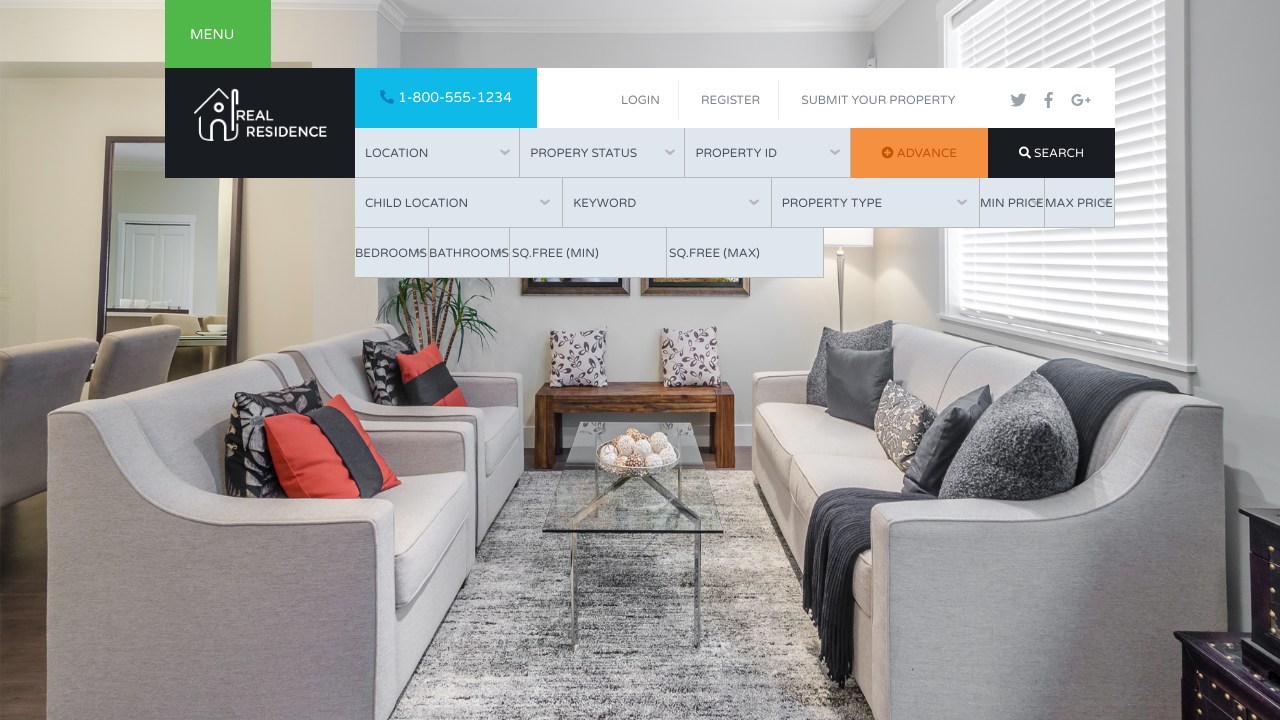
Repository: shuffleaz/psd-htmlcss
Page: index.html
These files come from the project's save history. The page is drawn as it stood at one moment and after the next save; the edit follows.
The browser window is 1280 px wide. The pictures show the whole page.

Above is the page before, as saved 2019-02-27 11:06:59.

### index.html
<!DOCTYPE html>
<html lang="en">
<head>
    <meta charset="UTF-8">
    <meta name="viewport" content="width=device-width, initial-scale=1.0">
    <meta http-equiv="X-UA-Compatible" content="ie=edge">
    <title>Real Residence</title>
    <link rel="stylesheet" href="assets/css/default.css">
</head>
<body>

<header class="homepage">
    <div class="container">
        <div class="row">
            <div class="homepage-menu">
                <div class="homepage-menu-menubutton">
                    <a href="">MENU</a>
                </div>
                <div class="homepage-menu-hover">
                    <ul class="homepage-menu-hover-list">
                        <li><a href="#">HOME</a></li>
                        <li><a href="#">LISTING</a></li>
                        <li><a href="#">PROPERTY</a></li>
                        <li><a href="#">NEWS</a></li>
                        <li><a href="#">GALLERY</a></li>
                        <li><a href="#">PAGES</a></li>
                        <li><a href="#">TYPES</a></li>
                        <li><a href="#">CONTACT US</a></li>
                        <li class="close-button">
                            <a href="#">
                                <i class="fas fa-times-circle"></i>
                            </a>
                        </li>
                    </ul>
                </div>
            </div>
            <div class="homepage-details">
                <div class="homepage-details-logo">
                    <div class="homepage-details-logo-area">
                        <img src="assets/img/logo.png" alt="Real Residence Logo">
                    </div>
                </div>
                <div class="homepage-details-searchbar">
                    <div class="homepage-details-searchbar-up">
                        <div class="homepage-details-searchbar-up-contact">
                            <div class="contact-area">
                                <i class="fa fa-phone""></i> 1-800-555-1234
                            </div>
                        </div>
                        <div class="homepage-details-searchbar-menu">
                            <ul class="searchbar-list">
                                <li><a href="">LOGIN</a></li>
                                <li><a href="">REGISTER</a></li>
                                <li><a href="">SUBMIT YOUR PROPERTY</a></li>
                            </ul>
                            <ul class="searchbar-social-links">
                                <li><a href=""><i class="fab fa-twitter"></i></a></li>
                                <li><a href=""><i class="fab fa-facebook-f"></i></a></li>
                                <li><a href=""><i class="fab fa-google-plus-g"></i></a></li>
                            </ul>
                        </div>
                    </div>
                    <div class="homepage-details-searchbar-down">
                        <div class="searchbar-down-select-form">
                            <select name="">
                                <option value="">Location</option>
                            </select>
                        </div>
                        <div class="searchbar-down-select-form">
                            <select name="">
                                <option value="">Propery Status</option>
                            </select>
                        </div>
                        <div class="searchbar-down-select-form">
                            <select name="">
                                <option value="">Property Id</option>
                            </select>
                        </div>
                        <div class="searchbar-down-button">
                            <div class="searchbar-down-button-first">
                                <a href="">
                                    <i class="fas fa-plus-circle"></i> ADVANCE
                                </a>
                            </div>
                            <div class="searchbar-down-button-second">
                                <a href="">
                                    <i class="fas fa-search"></i> SEARCH
                                </a>
                            </div>
                        </div>
                    </div>
                </div>
            </div>
            <div class="homepage-details-searchbar-footer">
                <div class="homepage-details-searchbar-flex-first"></div>
                <div class="homepage-details-searchbar-flex-second">
                    <div class="homepage-details-searchbar-footer-up">
                        <div class="searchbar-footer-select-form">
                            <select name="">
                                <option value="">Child Location</option>
                            </select>
                        </div>
                        <div class="searchbar-footer-select-form">
                            <select name="">
                                <option value="">Keyword</option>
                            </select>
                        </div>
                        <div class="searchbar-footer-select-form">
                            <select name="">
                                <option value="">Property Type</option>
                            </select>
                        </div>
                        <div class="searchbar-footer-select-form-divide">
                            <div class="searchbar-footer-select-form-divide-first">
                                <select name="">
                                    <option value="">Min Price</option>
                                </select>
                            </div>
                            <div class="searchbar-footer-select-form-divide-second">
                                <select name="">
                                    <option value="">Max Price</option>
                                </select>
                            </div>
                        </div>
                    </div>
                    <div class="homepage-details-searchbar-footer-down">
                        <div class="searchbar-footer-down-select-form">
                            <select name="">
                                <option value="">Bedrooms</option>
                            </select>
                        </div>
                        <div class="searchbar-footer-down-select-form">
                            <select name="">
                                <option value="">Bathrooms</option>
                            </select>
                        </div>
                        <div class="searchbar-footer-down-select-form no-arrow">
                            <input type="text" name="" placeholder="SQ.FREE (MIN)">
                        </div>
                        <div class="searchbar-footer-down-select-form no-arrow">
                            <input type="text" name="" placeholder="SQ.FREE (MAX)">
                        </div>
                    </div>
                </div>
            </div>
        </div>
    </div>
</header>


<div class="slider-image">
    <ul class="slider-image-items">
        <li>
            <img src="assets/img/slider_image.png" alt="">
        </li>
    </ul>
</div>


</body>
</html>

### assets/css/default.css
@import url('https://fonts.googleapis.com/css?family=Varela+Round');
@import url('https://use.fontawesome.com/releases/v5.7.1/css/all.css');
@import url('variable.css');
@import url('home.css');

### assets/css/variable.css
:root {
    --green:#50b848;
    --dark: #191c20;
    --blue: #0dbae8;
    --gray: #9aa2aa;
    --light: #e9edf1;
    --darkgray: #4a525d;
    --font: 'Varela Round', sans-serif;
}

body,html {
    margin:0;
    padding:0;
    line-height: 120%;
    font-size:16px;
    font-family: var(--font);
}

a {
    text-decoration: none;
}

ul {
    list-style: none;
    margin-top:0;
    margin-left:0;
    padding-top:0;
    padding-left:0;
    padding-bottom:0;
    margin-bottom:0;
}

input,button,textarea {
    outline:none;
}


.container {
    width:980px;
    margin-left:auto;
    margin-right:auto;
}

.row {
    padding-left:15px;
    padding-right:15px;
}

select {
    cursor: pointer;
}

.no-arrow {
    background-image: none !important;
}

### assets/css/home.css
.slider-image {
    width:100vw;
    height:100vh;
}

.slider-image ul li {
    display:inline-block;
}

.slider-image ul li img {
    width:100%;
    height:100vh;
}


/* Header - Saytın Başlığı */
header.homepage {
    position:absolute;
    left:0;
    right:0;
}


/* Header/Menu- Menyu Hissəsi */
.homepage-menu {
    display:flex;
    flex-direction: row;
    height:68px;
}

.homepage-menu .homepage-menu-menubutton {
    background-color:var(--green);
    flex:1;
}

.homepage-menu .homepage-menu-menubutton a{
    color:white;
    padding:25px;
    display: inline-block;
    font-size:14px;
}

.homepage-menu .homepage-menu-hover {
    background-color:var(--green);
    flex:8;
    opacity: 0;
}

.homepage-menu .homepage-menu-hover ul.homepage-menu-hover-list {
    padding:14px;
}

.homepage-menu .homepage-menu-hover ul.homepage-menu-hover-list li {
    display: inline-block;
    padding:11px 14px;
}

.homepage-menu .homepage-menu-hover ul.homepage-menu-hover-list li.close-button {
    float:right;
}

.homepage-menu .homepage-menu-hover ul.homepage-menu-hover-list li.close-button:hover {
    background-color:transparent;
    color:#20671b;
    opacity: 0.9;
}

.homepage-menu .homepage-menu-hover ul.homepage-menu-hover-list li.close-button a {
    font-size:18px;
}

.homepage-menu .homepage-menu-hover ul.homepage-menu-hover-list li:hover {
    background-color:#20671b;
}

.homepage-menu .homepage-menu-hover ul.homepage-menu-hover-list li:hover a {
    color:white;
}

.homepage-menu .homepage-menu-hover ul.homepage-menu-hover-list li:last-child {
    margin-right:0;
}

.homepage-menu .homepage-menu-hover ul.homepage-menu-hover-list li a {
    font-size:14px;
    color:#20671b;
}

/* Header Details - Başlıq Detayları */
.homepage-details {
    display:flex;
    flex-direction: row;
}

.homepage-details .homepage-details-logo {
    flex:2;
    background-color:var(--dark);
    height:110px;
}

.homepage-details .homepage-details-logo .homepage-details-logo-area {
    display: flex;
    justify-content: center;
    padding-top:20px;
}

.homepage-details .homepage-details-logo .homepage-details-logo-area img {
    width:70%;
    object-fit: contain;
}


.homepage-details .homepage-details-searchbar {
    flex:8;
}

.homepage-details .homepage-details-searchbar {
    display: flex;
    flex-direction: column;
}

.homepage-details-searchbar .homepage-details-searchbar-up {
    background:red;
    display: flex;
    flex-direction: row;
    height:60px;
}

.homepage-details-searchbar .homepage-details-searchbar-down {
    background:green;
}

.homepage-details-searchbar .homepage-details-searchbar-up .homepage-details-searchbar-up-contact {
    flex:2.4;
    background-color: var(--blue);
    display: flex;
    justify-content: center;
}

.homepage-details-searchbar-up-contact .contact-area {
    align-self: center;
    color:white;
    font-size:14px;
}

.homepage-details-searchbar-up-contact .contact-area i {
    transform: scaleX(-1);
    color:#0081bd;
}

.homepage-details-searchbar .homepage-details-searchbar-up .homepage-details-searchbar-menu {
    flex:7.6;
    background-color: white;
    display: flex;
    flex-direction: row;
    justify-content: flex-end;
}

.homepage-details-searchbar-menu ul.searchbar-list {
    padding:13px;
}

.homepage-details-searchbar-menu ul.searchbar-list li {
    display: inline-block;
    padding:9px 18px;
    border-right:1px solid var(--light);
}

.homepage-details-searchbar-menu ul.searchbar-list li a {
    font-size:12px;
    color:#7c848b;
    transition: all 0.3s ease-in;
}

.homepage-details-searchbar-menu ul.searchbar-list li:hover a {
    color:black;
}

.homepage-details-searchbar-menu ul.searchbar-list li:last-child {
    border-right:0;
}

.homepage-details-searchbar-menu ul.searchbar-social-links {
    padding:24px;
}

.homepage-details-searchbar-menu ul.searchbar-social-links li {
    display: inline-block;
    margin-right:14px;
}

.homepage-details-searchbar-menu ul.searchbar-social-links li:last-child {
    margin-right:0;
}

.homepage-details-searchbar-menu ul.searchbar-social-links li a {
    color:#9aa2aa;
    transition: all 0.3s ease-in;
}

.homepage-details-searchbar-menu ul.searchbar-social-links li:hover a {
    color:black;
}


.homepage-details-searchbar-down {
    height: 50px;
}

.homepage-details-searchbar-down, .searchbar-down-button {
    display:flex;
    flex-direction: row;
}
.searchbar-down-select-form, .searchbar-footer-select-form {
    background-color:#dfe7ee;
    background-image: url(../img/arrow.png);
    background-repeat: no-repeat;
    background-position-x:94%;
    background-position-y:21px;
    background-size:10px;
    border-bottom:1px solid #b9b9b9;
    border-right:1px solid #b9b9b9;
    padding-top:15px;
    padding-bottom:15px;
    flex:2;
}


.searchbar-down-select-form select, .searchbar-footer-select-form select {
    font-size:12px;
    text-align: left;
    color:#4a525d;
    font-family: var(--font);
    text-transform: uppercase;
    border:none;
    padding-left:10px;
    /* text-indent: 10px; */
    background-color:transparent;
    outline: none;
    -webkit-appearance: none;
    -moz-appearance:none;
}

.searchbar-down-button-first, .searchbar-down-button-second {
    padding:15px 31px;
}

.searchbar-down-button-first {
    background-color:#f4903f;
}

.searchbar-down-button-first:hover {
    opacity: 0.8;
}

.searchbar-down-button-first a {
    color:#c15302;
    font-size:12px;
}
.searchbar-down-button-second {
    background-color: var(--dark);
}
.searchbar-down-button-second:hover {
    opacity: 0.8;
}
.searchbar-down-button-second a{
    color:white;
    font-size:12px;
}

.homepage-details-searchbar-footer {
    display: flex;
    flex-direction: row;
}

.homepage-details-searchbar-flex-first {
    flex:2;
}

.homepage-details-searchbar-flex-second {
    flex:8;
}

.homepage-details-searchbar-footer-up {
    display:flex;
}

.homepage-details-searchbar-footer-down {
    display: flex;
}

.searchbar-footer-select-form-divide {
    display:flex;
}

.searchbar-footer-select-form-divide-first, .searchbar-footer-select-form-divide-second, .searchbar-footer-down-select-form  {
    background-color:#dfe7ee;
    background-image: url(../img/arrow.png);
    background-repeat: no-repeat;
    background-position-x:94%;
    background-position-y:21px;
    background-size:10px;
    border-bottom:1px solid #b9b9b9;
    border-right:1px solid #b9b9b9;
    padding-top:15px;
    padding-bottom:15px;
}

.searchbar-footer-select-form-divide-first select, .searchbar-footer-select-form-divide-second select, .searchbar-footer-down-select-form select {
    font-size:12px;
    text-align: left;
    color:#4a525d;
    font-family: var(--font);
    text-transform: uppercase;
    border:none;
    background-color:transparent;
    outline: none;
    -webkit-appearance: none;
    -moz-appearance:none;
}

.searchbar-footer-down-select-form-padding {
    padding-left:20px;
    padding-right:67px;
}

.searchbar-footer-down-select-form input {
    background-color:transparent;
    border:none;
    font-size:12px;
    text-align: left;
    color:#4a525d;
    font-family: var(--font);
    text-transform: uppercase;
}
.searchbar-footer-down-select-form input::-webkit-input-placeholder {
    color:#4a525d;
}

After the next save:
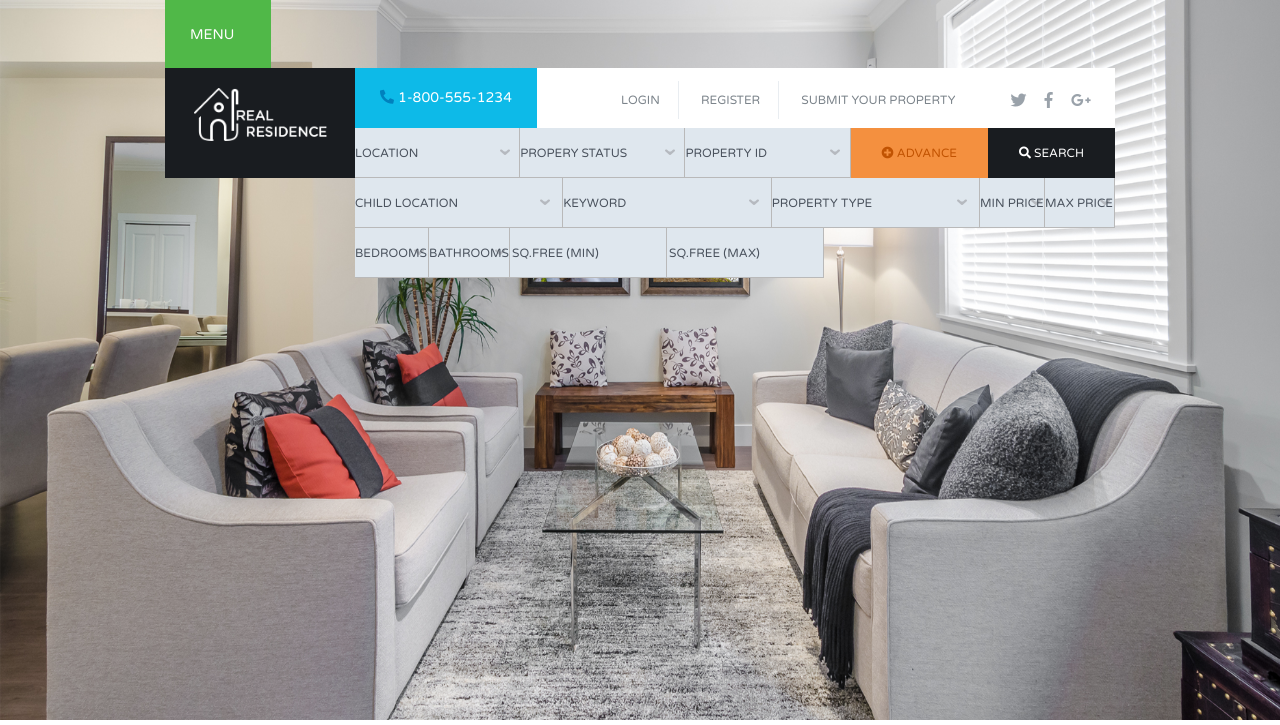
Saved 7 s later.
--- a/assets/css/home.css
+++ b/assets/css/home.css
@@ -233,8 +233,6 @@ header.homepage {
     font-family: var(--font);
     text-transform: uppercase;
     border:none;
-    padding-left:10px;
-    /* text-indent: 10px; */
     background-color:transparent;
     outline: none;
     -webkit-appearance: none;
